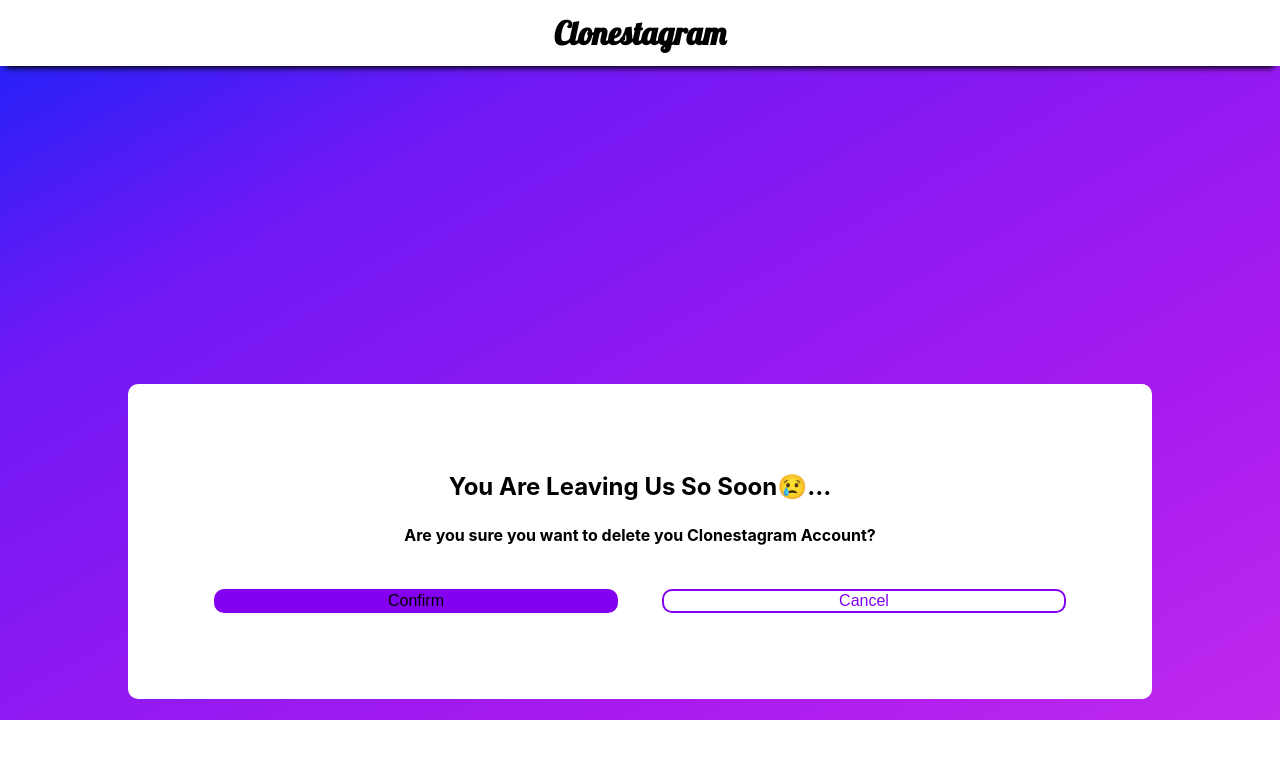
Repository: MikeMoore55/clonestagram
Page: /delaccount
These files come from the project's save history. The page is drawn as it stood at one moment and after the next save; the edit follows.
The browser window is 1280 px wide. The pictures show the whole page.
The page's requests for data from a server got no answer. The project was rebuilt for these pictures with package versions that can differ from the ones it lists, and the page was loaded fresh each time. The framework's server and built-in components were replaced by stand-ins that run in the browser. No one was signed in, and anything a server would have sent is missing. Also part of the build but not shown: next.config.js.

Above is the page before, as saved 2022-11-24 09:09:07.

After the next save:
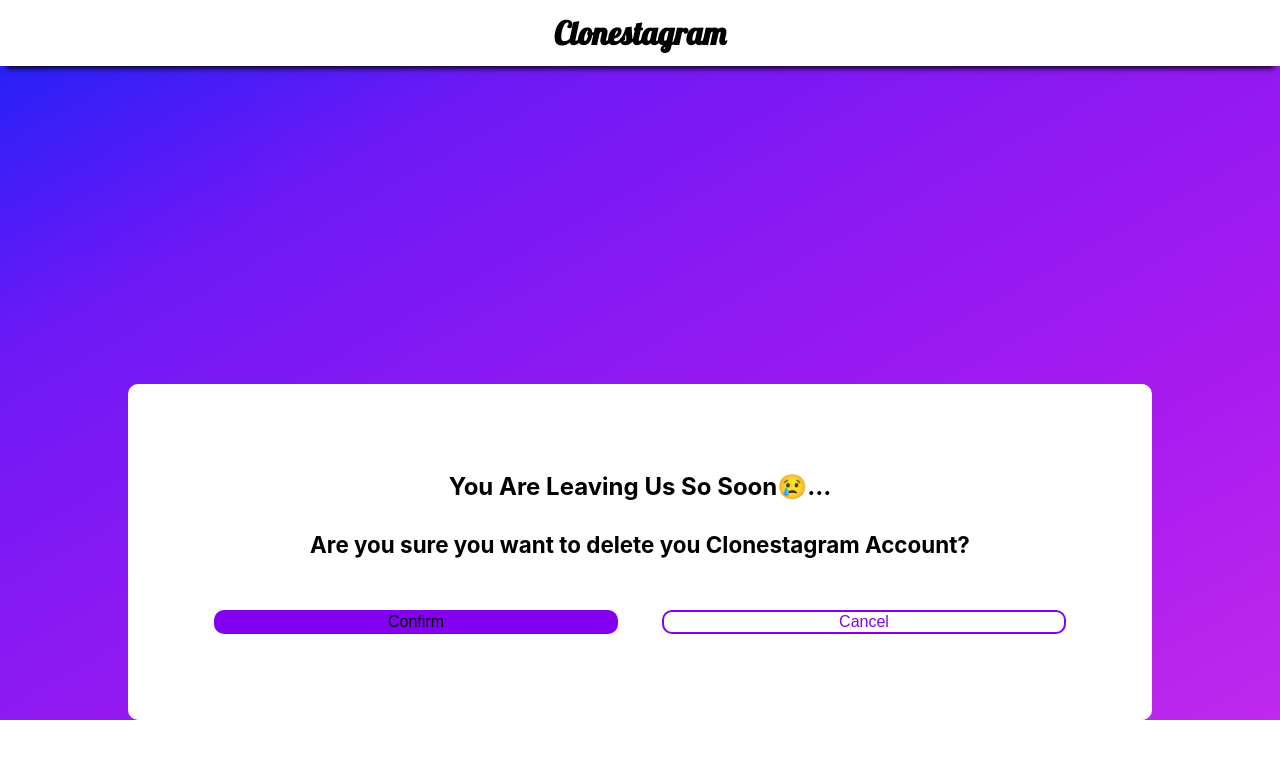
Saved 22 s later.
--- a/styles/DelAccount.module.css
+++ b/styles/DelAccount.module.css
@@ -17,6 +17,11 @@
 .heading1 {
     position: relative;
     font-size: 1.5em;
+}
+
+.heading2 {
+    position: relative;
+    font-size: 1.4em;
 }
 
 .btnContainer {
